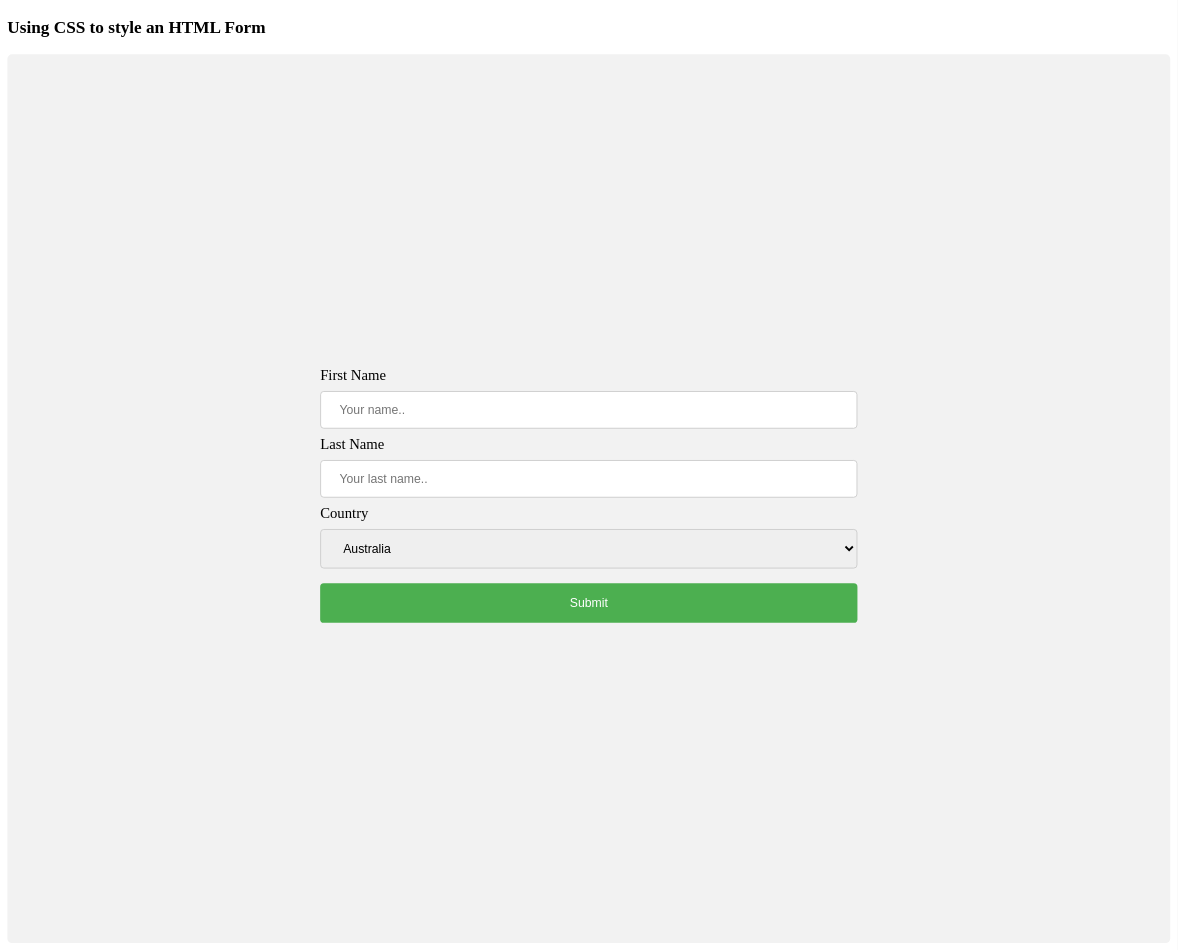
Repository: EcomProj/EcomProject
Page: http://localhost/EcomWebApplication/WEB-INF/jsp/addcustomer.jsp
These files come from the project's save history. The page is drawn as it stood at one moment and after the next save; the edit follows.
The browser window is 1280 px wide. The pictures show the whole page, at 92% of full size.
The page is served by Tomcat 9. Nobody is signed in. The template is opened directly, without the code that normally fills it, so the values that code supplies are empty.

Above is the page before, as saved 2019-12-22 14:21:47.

After the next save:
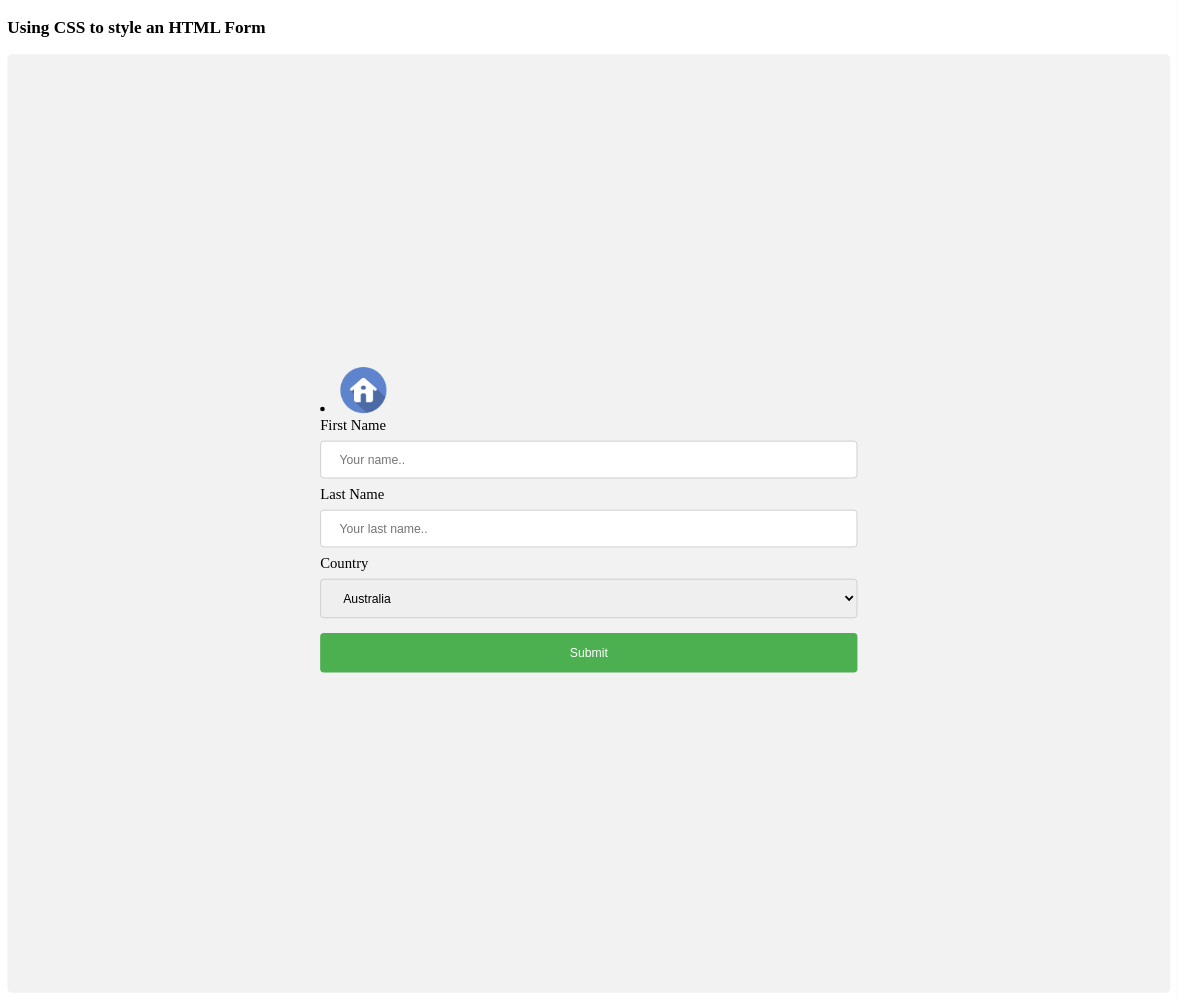
Saved 77 s later.
--- a/EcomWebApplication/src/main/webapp/WEB-INF/jsp/addcustomer.jsp
+++ b/EcomWebApplication/src/main/webapp/WEB-INF/jsp/addcustomer.jsp
@@ -37,6 +37,7 @@
 <h3>Using CSS to style an HTML Form</h3>
 
 <div>
+<li><a href="/welcome"><img src="/images/homeicon.jpg" height="50" width="50"></a></li>
   <form action="/">
     <label for="fname">First Name</label>
     <input type="text" id="fname" name="firstname" placeholder="Your name..">

After the save that followed:
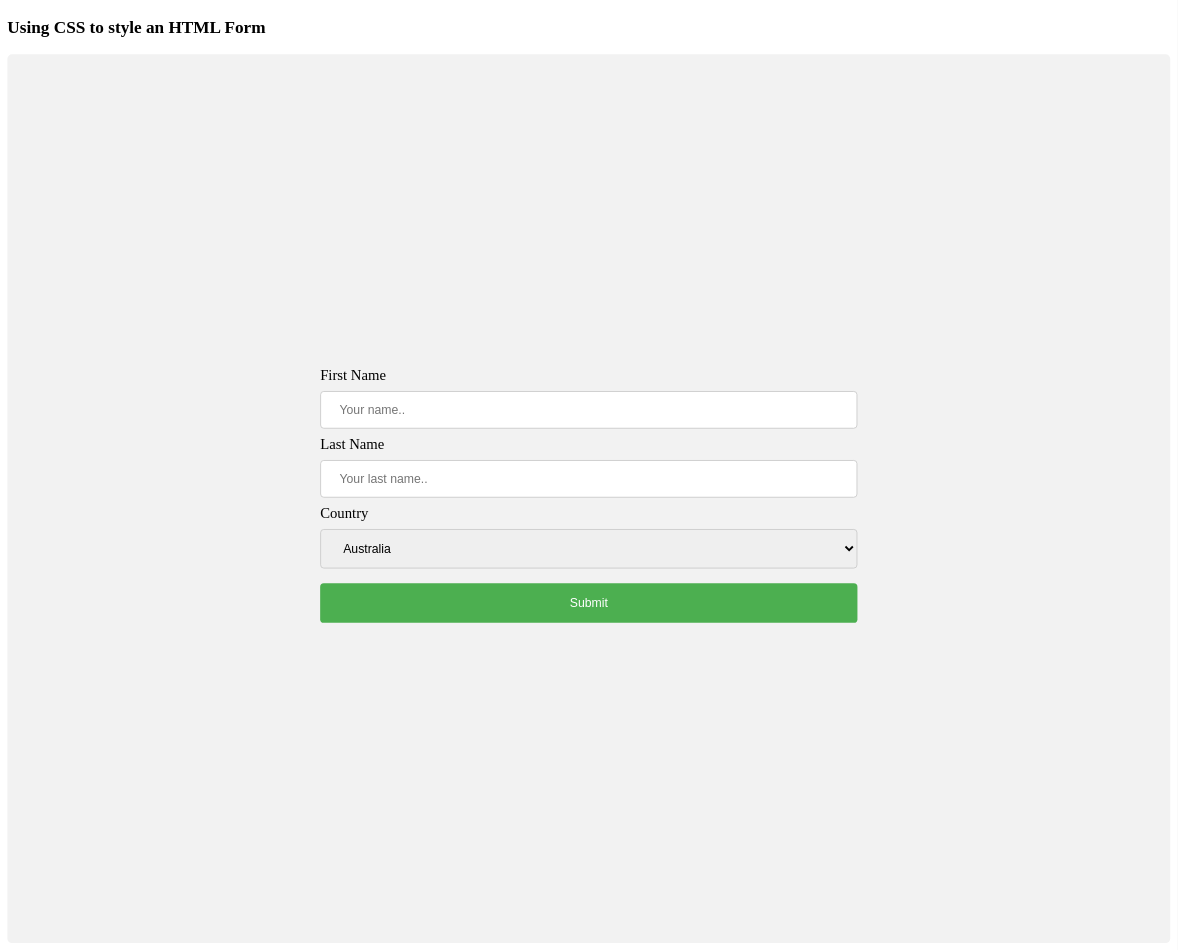
Saved 34 s later.
--- a/EcomWebApplication/src/main/webapp/WEB-INF/jsp/addcustomer.jsp
+++ b/EcomWebApplication/src/main/webapp/WEB-INF/jsp/addcustomer.jsp
@@ -37,7 +37,7 @@
 <h3>Using CSS to style an HTML Form</h3>
 
 <div>
-<li><a href="/welcome"><img src="/images/homeicon.jpg" height="50" width="50"></a></li>
+<!-- <li><a href="/welcome"><img src="/images/homeicon.jpg" height="50" width="50"></a></li> -->
   <form action="/">
     <label for="fname">First Name</label>
     <input type="text" id="fname" name="firstname" placeholder="Your name..">
